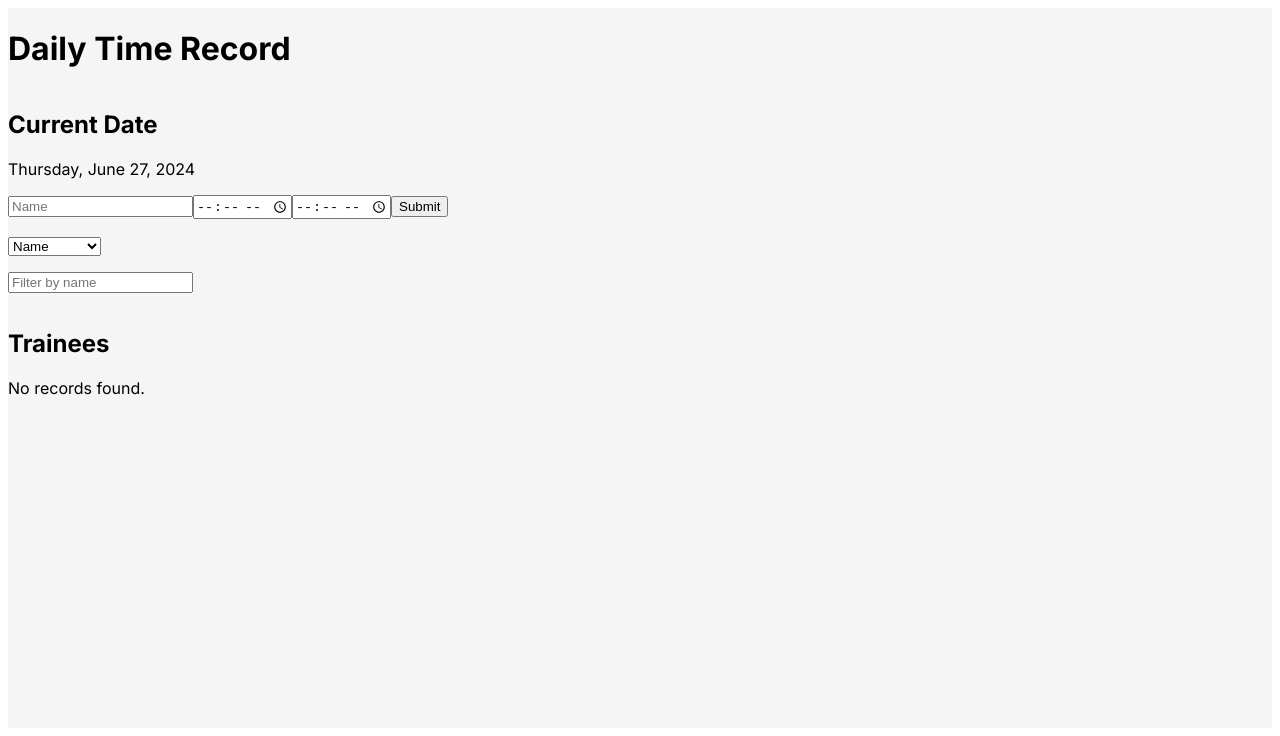
Repository: EeeeeEyyyy/daily_time_record
Page: /
These files come from the project's save history. The page is drawn as it stood at one moment and after the next save; the edit follows.
The browser window is 1280 px wide. The pictures show the whole page.
The project was rebuilt for these pictures with package versions that can differ from the ones it lists, and the page was loaded fresh each time. The framework's server and built-in components were replaced by stand-ins that run in the browser. Also part of the build but not shown: next.config.mjs, src/app/globals.css.

Above is the page before, as saved 2024-06-27 14:43:47.

After the next save:
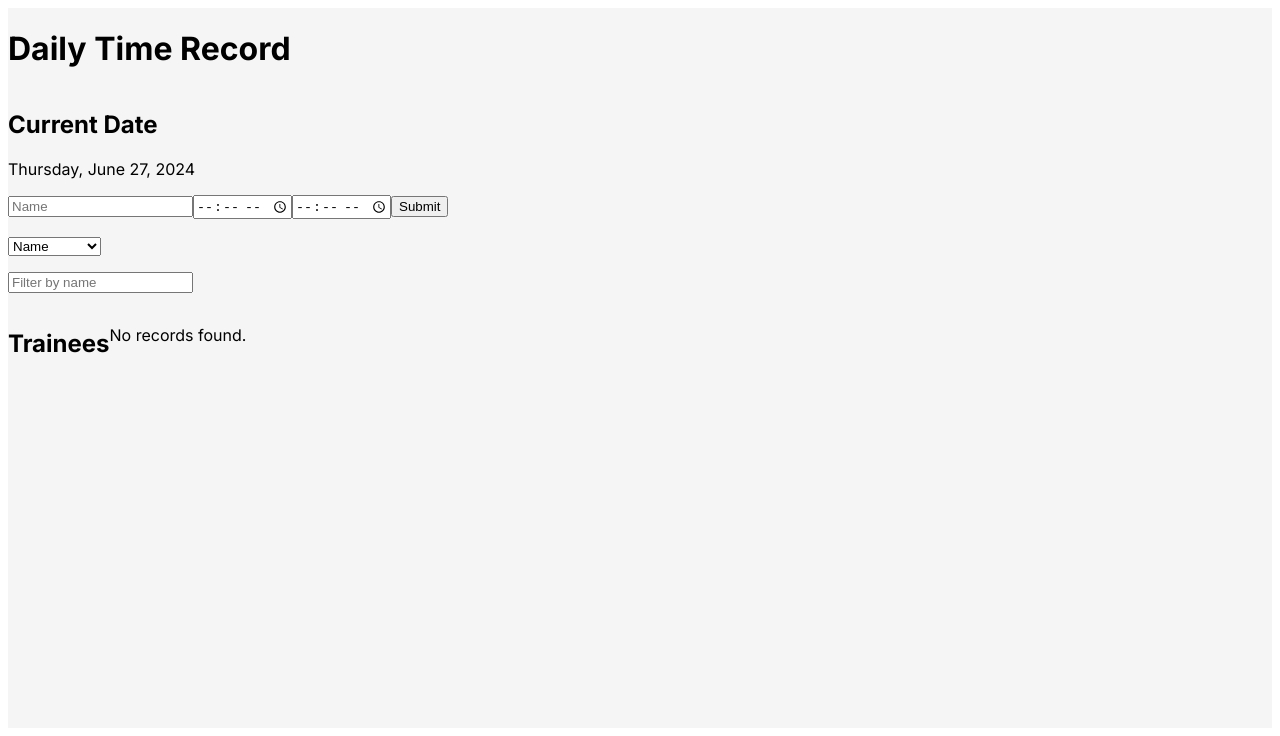
Saved 21 s later.
--- a/src/app/page.module.css
+++ b/src/app/page.module.css
@@ -4,3 +4,8 @@
     display:flex;
     flex-direction:column;
 }
+.trainees{
+    display: flex;
+    flex-direction: row;
+
+}
